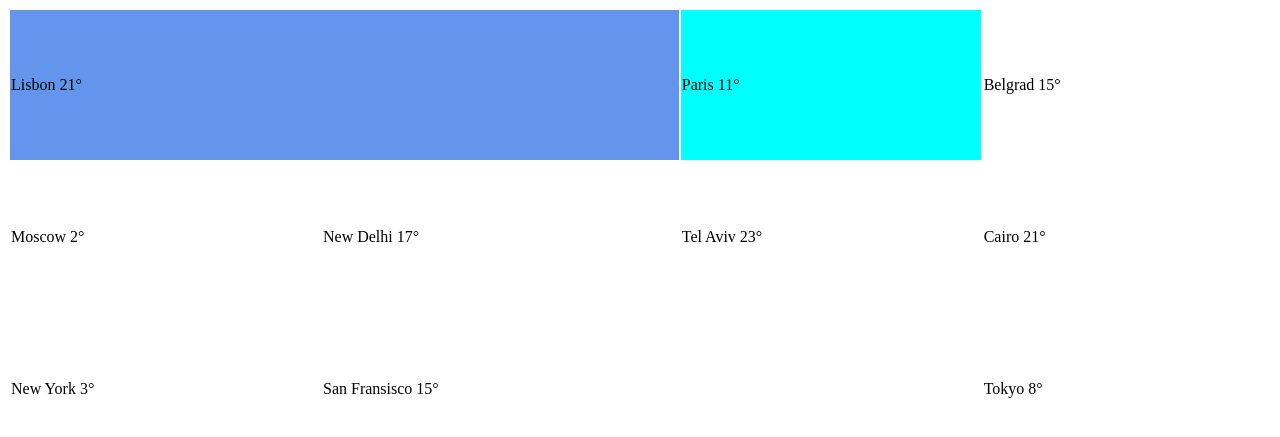
Repository: aysedo/html
Page: Week_2/index.html
The author's editor kept a copy of each file at every save. The page is drawn from the files as they stood at one save, then again after the next save.
The browser window is 1280 px wide. The pictures show the whole page.

Above is the page before, as saved 2021-08-24 14:37:08.

### Week_2/index.html
<!DOCTYPE html>
<html lang="en">
  <head>
    <meta charset="UTF-8" />
    <meta http-equiv="X-UA-Compatible" content="IE=edge" />
    <meta name="viewport" content="width=device-width, initial-scale=1.0" />
    <title>Document</title>
  </head>
  <body>
    <table width="100%">
      <tr height="150">
        <td colspan="2" bgcolor="cornflowerblue"> Lisbon 21° </td>
        <td bgcolor="Aqua"> Paris 11° </td>
        <td>Belgrad 15°</td>
      </tr>
      <tr height="150">
        <td> Moscow 2° </td>
        <td> New Delhi 17° </td>
        <td> Tel Aviv 23°</td>
        <td> Cairo 21° </td>
      </tr>
      <tr height="150">
        <td> New York 3°</td>
        <td colspan="2"> San Fransisco 15° </td>
        <td> Tokyo 8° </td>
      </tr>
    </table>
  </body>
</html>

After the next save:
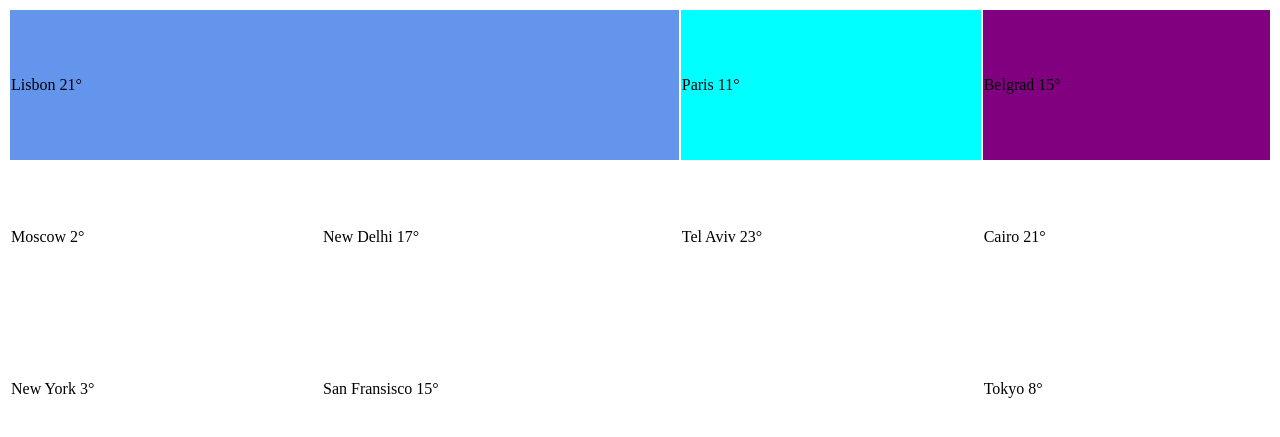
Saved 26 s later.
--- a/Week_2/index.html
+++ b/Week_2/index.html
@@ -11,7 +11,7 @@
       <tr height="150">
         <td colspan="2" bgcolor="cornflowerblue"> Lisbon 21° </td>
         <td bgcolor="Aqua"> Paris 11° </td>
-        <td>Belgrad 15°</td>
+        <td bgcolor="Purple">Belgrad 15°</td>
       </tr>
       <tr height="150">
         <td> Moscow 2° </td>
